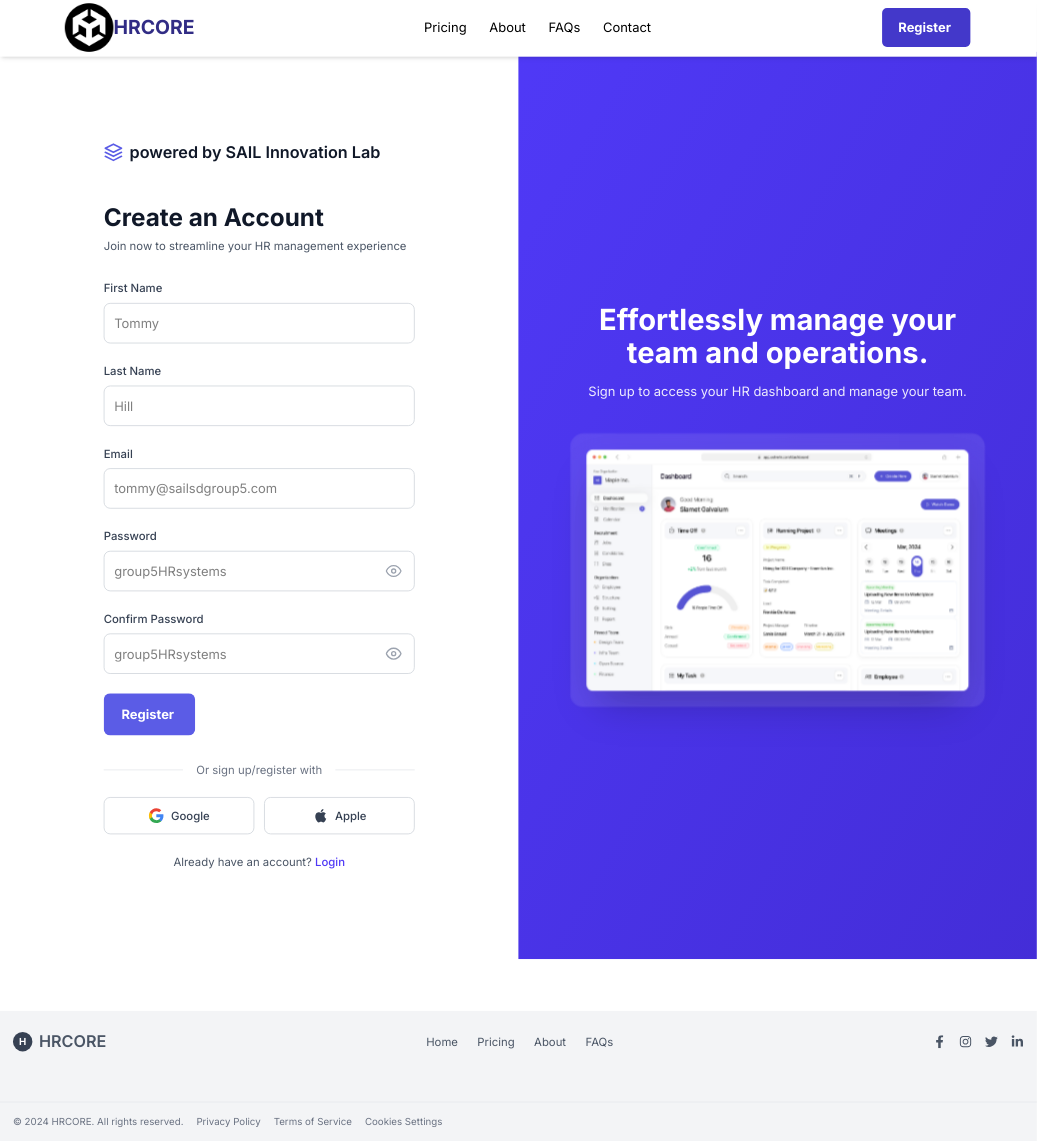
Repository: SAIL-GROUP-5-HR-WEB-APP/HR-WEB
Page: /signup
These files come from the project's save history. The page is drawn as it stood at one moment and after a run of saves; the edit follows.
The browser window is 1280 px wide. The pictures show the whole page, at 81% of full size.
The project was rebuilt for these pictures with package versions that can differ from the ones it lists, and the page was loaded fresh each time. Also part of the build but not shown: vite.config.ts, src/Components/Block/home/Hero.tsx, src/Components/Block/home/Companies.tsx, src/Components/Block/home/Body.tsx, src/Components/Block/home/HowItWorks.tsx, src/Components/Block/home/HowOne.tsx, src/Components/Block/home/HowTwo.tsx, src/Components/Block/home/Testimonial.tsx and 8 more.

Above is the page before, as saved 2025-08-11 09:25:59.

### index.html
<!DOCTYPE html>
<html lang="en">
  <head>
    <meta charset="UTF-8" />
    <link rel="icon" type="image/svg+xml" href="/vite.svg" />
    <meta name="viewport" content="width=device-width, initial-scale=1.0" />
    <title>Vite + React + TS</title>
    <link rel="preconnect" href="https://fonts.googleapis.com" />
    <link rel="preconnect" href="https://fonts.gstatic.com" crossorigin />
    <link
      href="https://fonts.googleapis.com/css2?family=Inter:ital,opsz,wght@0,14..32,100..900;1,14..32,100..900&display=swap"
      rel="stylesheet"
    />
  </head>
  <body>
    <div id="root"></div>
    <script type="module" src="/src/main.tsx"></script>
  </body>
</html>

### src/App.tsx
import React from "react";
import Home from "./Pages/Home";
import About from "./Pages/About";
import Pricing from "./Pages/Pricing";
import Faqs from "./Pages/Faqs";
import { BrowserRouter, Routes, Route } from "react-router-dom";
import Header from "./Static/Header";
import Footer from "./Static/Footer";
import LoginPage from "./Pages/LoginPage";
import SignupPage from "./Pages/SignupPage";
import Onboarding from "./Pages/Onboarding";
import Contact from "./Pages/Contact";

const App = () => {
  return (
    <div>
      <BrowserRouter>
        <Header />
        <Routes>
          <Route path="/" element={<Home />} />
          <Route path="/about" element={<About />} />
          <Route path="/pricing" element={<Pricing />} />
          <Route path="/faqs" element={<Faqs />} />
          <Route path="/login" element={<LoginPage />} />
          <Route path="/signup" element={<SignupPage />} />
          <Route path="/onboarding" element={<Onboarding />} />
          <Route path="/contact" element={<Contact />} />
        </Routes>
        <Footer />
      </BrowserRouter>
    </div>
  );
};

export default App;

### src/index.css
@tailwind base;
@tailwind components;
@tailwind utilities;

@import "tailwindcss";

@theme {
  --breakpoint-tablet: 800px;
  --breakpoint-mobile: 500px;
}

:root {
  line-height: 1.5;
  font-weight: 400;
}

body {
  margin: 0;
  font-family: "Inter", sans-serif;
}

### src/Static/Header.tsx
import React, { useState } from "react";
import { Link } from "react-router-dom";

import { RxHamburgerMenu, RxCross1 } from "react-icons/rx";
import Sidebar from "./Sidebar";
import logo from "../assets/hrlogo.png";
import Button from "../Components/Reuseable/Button";

const Header: React.FC = () => {
  const [toggle, setToggle] = useState(false);

  const handleToggle = () => {
    setToggle((prev) => !prev);
  };

  return (
    <header className="shadow-md h-[70px] fixed top-0 right-0 left-0 bg-white z-40">
      <div className="max-w-[1280px] mx-auto px-20 flex items-center justify-between py-1 ">
        <Link to="/">
          {" "}
          <div className="flex items-center">
            <img src={logo} alt="" className="w-[60px]" />
            <span className="font-bold text-2xl text-indigo-900">HRCORE</span>
          </div>
        </Link>

        <div className="flex gap-7 max-[990px]:hidden ">
          <Link to="/pricing">
            {" "}
            <nav>Pricing</nav>
          </Link>
          <Link to="/about">
            <nav>About</nav>
          </Link>
          <Link to="/faqs">
            {" "}
            <nav>FAQs</nav>
          </Link>
          <Link to="/contact">
            {" "}
            <nav>Contact</nav>
          </Link>
        </div>
        <div className="max-[990px]:hidden ">
          <Link to="/signup">
            <Button
              title="Register"
              bg="#4338CA"
              textColor="white"
              borderColor="white"
              hoverr=" hover:scale-105"
            />
          </Link>
        </div>
        <section className=" hidden max-[990px]:block">
          {toggle ? (
            <RxCross1 size={35} onClick={handleToggle} />
          ) : (
            <RxHamburgerMenu size={35} onClick={handleToggle} />
          )}
        </section>
      </div>
      <div>{toggle && <Sidebar handleToggle={handleToggle} />}</div>
    </header>
  );
};

export default Header;

### src/Pages/SignupPage.tsx
import React, { useState } from 'react';
import Logo from '../Components/Reuseable/Logo';
import PasswordInput from '../Components/Reuseable/PasswordInput';
import SocialButton from '../Components/Reuseable/SocialButton';
import Button from '../Components/Reuseable/Button';

// Define the shape of the form data for type safety
interface FormData {
  firstName: string;
  lastName: string;
  email: string;
  password: string;
  confirmPassword: string;
}

// Main SignupPage component for user registration
const SignupPage: React.FC = () => {
  // State for form inputs
  const [formData, setFormData] = useState<FormData>({
    firstName: '',
    lastName: '',
    email: '',
    password: '',
    confirmPassword: '',
  });

  // State for form errors
  const [errors, setErrors] = useState<Partial<FormData>>({});
  // State for password visibility
  const [showPassword, setShowPassword] = useState(false);
  const [showConfirmPassword, setShowConfirmPassword] = useState(false);
  // State for submission status
  const [submitError, setSubmitError] = useState<string | null>(null);

  // Validate form inputs
  const validateForm = (): boolean => {
    const newErrors: Partial<FormData> = {};
    if (!formData.firstName.trim()) {
      newErrors.firstName = 'First name is required';
    }
    if (!formData.lastName.trim()) {
      newErrors.lastName = 'Last name is required';
    }
    if (!formData.email.trim()) {
      newErrors.email = 'Email is required';
    } else if (!/^[^\s@]+@[^\s@]+\.[^\s@]+$/.test(formData.email)) {
      newErrors.email = 'Invalid email format';
    }
    if (!formData.password) {
      newErrors.password = 'Password is required';
    } else if (formData.password.length < 8) {
      newErrors.password = 'Password must be at least 8 characters';
    }
    if (formData.password !== formData.confirmPassword) {
      newErrors.confirmPassword = 'Passwords do not match';
    }
    setErrors(newErrors);
    return Object.keys(newErrors).length === 0;
  };

  // Handle input changes for form fields
  const handleInputChange = (e: React.ChangeEvent<HTMLInputElement>) => {
    const { name, value } = e.target;
    setFormData((prev) => ({
      ...prev,
      [name]: value,
    }));
    // Clear error for the field being edited
    setErrors((prev) => ({ ...prev, [name]: undefined }));
  };

  // Handle form submission
  const handleSubmit = async (e: React.FormEvent) => {
    e.preventDefault();
    setSubmitError(null);

    if (!validateForm()) {
      return;
    }

    try {
      console.log('Form submitted:', formData);
      // TODO: Replace with API call to backend
      // Example:
      // const response = await fetch('/api/signup', {
      //   method: 'POST',
      //   headers: { 'Content-Type': 'application/json' },
      //   body: JSON.stringify(formData),
      // });
      // if (!response.ok) throw new Error('Signup failed');
      // Redirect to dashboard, e.g.:
      // window.location.href = '/dashboard';
    } catch (error) {
      setSubmitError('An error occurred during signup. Please try again.');
    }
  };

  // Handle Google signup
  const handleGoogleSignup = () => {
    console.log('Signup with Google');
    // TODO: Add Google OAuth integration
  };

  // Handle Apple signup
  const handleAppleSignup = () => {
    console.log('Signup with Apple');
    // TODO: Add Apple OAuth integration
  };

  return (
    // Main container with padding for Header and Footer
    <div className="flex min-h-screen bg-white lg:flex-row flex-col pt-16 pb-16">
      {/* Form Section */}
      <div className="lg:w-1/2 w-full max-w-md mx-auto p-8 flex flex-col justify-center">
        {/* Logo */}
        <div className="mb-12">
          <Logo />
        </div>

        {/* Form Content */}
        <div className="max-w-sm mx-auto w-full">
          {/* Form Header */}
          <div className="mb-8 text-left">
            <h1 className="text-3xl font-bold text-gray-900 mb-2">Create an Account</h1>
            <p className="text-sm text-gray-600">
              Join now to streamline your HR management experience
            </p>
          </div>

          {/* Submission Error */}
          {submitError && (
            <p className="text-sm text-red-500 mb-4" role="alert">
              {submitError}
            </p>
          )}

          {/* Signup Form */}
          <form className="flex flex-col gap-6 mb-8" onSubmit={handleSubmit} noValidate>
            {/* First Name Input */}
            <div className="flex flex-col gap-2">
              <label htmlFor="firstName" className="text-sm font-medium text-gray-700">
                First Name
              </label>
              <input
                type="text"
                id="firstName"
                name="firstName"
                placeholder="Tommy"
                value={formData.firstName}
                onChange={handleInputChange}
                required
                aria-invalid={!!errors.firstName}
                aria-describedby={errors.firstName ? 'firstName-error' : undefined}
                className={`p-3 border ${errors.firstName ? 'border-red-500' : 'border-gray-300'} rounded-lg focus:outline-none focus:ring-2 focus:ring-indigo-500 focus:border-indigo-500 transition`}
              />
              {errors.firstName && (
                <p id="firstName-error" className="text-sm text-red-500 mt-1">
                  {errors.firstName}
                </p>
              )}
            </div>

            {/* Last Name Input */}
            <div className="flex flex-col gap-2">
              <label htmlFor="lastName" className="text-sm font-medium text-gray-700">
                Last Name
              </label>
              <input
                type="text"
                id="lastName"
                name="lastName"
                placeholder="Hill"
                value={formData.lastName}
                onChange={handleInputChange}
                required
                aria-invalid={!!errors.lastName}
                aria-describedby={errors.lastName ? 'lastName-error' : undefined}
                className={`p-3 border ${errors.lastName ? 'border-red-500' : 'border-gray-300'} rounded-lg focus:outline-none focus:ring-2 focus:ring-indigo-500 focus:border-indigo-500 transition`}
              />
              {errors.lastName && (
                <p id="lastName-error" className="text-sm text-red-500 mt-1">
                  {errors.lastName}
                </p>
              )}
            </div>

            {/* Email Input */}
            <div className="flex flex-col gap-2">
              <label htmlFor="email" className="text-sm font-medium text-gray-700">
                Email
              </label>
              <input
                type="email"
                id="email"
                name="email"
                placeholder="tommy@sailsdgroup5.com"
                value={formData.email}
                onChange={handleInputChange}
                required
                aria-invalid={!!errors.email}
                aria-describedby={errors.email ? 'email-error' : undefined}
                className={`p-3 border ${errors.email ? 'border-red-500' : 'border-gray-300'} rounded-lg focus:outline-none focus:ring-2 focus:ring-indigo-500 focus:border-indigo-500 transition`}
              />
              {errors.email && (
                <p id="email-error" className="text-sm text-red-500 mt-1">
                  {errors.email}
                </p>
              )}
            </div>

            {/* Password Input */}
            <PasswordInput
              label="Password"
              id="password"
              name="password"
              placeholder="group5HRsystems"
              value={formData.password}
              onChange={handleInputChange}
              showPassword={showPassword}
              toggleShowPassword={() => setShowPassword(!showPassword)}
              error={errors.password}
            />

            {/* Confirm Password Input */}
            <PasswordInput
              label="Confirm Password"
              id="confirmPassword"
              name="confirmPassword"
              placeholder="group5HRsystems"
              value={formData.confirmPassword}
              onChange={handleInputChange}
              showPassword={showConfirmPassword}
              toggleShowPassword={() => setShowConfirmPassword(!showConfirmPassword)}
              error={errors.confirmPassword}
            />

            {/* Submit Button */}
            <Button
              title="Register"
              bg="#5B5CE6"
              textColor="white"
              borderColor="transparent"
              hoverr="hover:bg-indigo-700"
            />
          </form>

          {/* Divider */}
          <div className="flex items-center my-6">
            <div className="flex-1 h-px bg-gray-200"></div>
            <span className="px-4 text-sm text-gray-500 bg-white">Or sign up/register with</span>
            <div className="flex-1 h-px bg-gray-200"></div>
          </div>

          {/* Social Login Buttons */}
          <div className="flex gap-3 mb-6 lg:flex-row flex-col">
            <SocialButton
              icon={
                <svg width="20" height="20" viewBox="0 0 24 24" aria-hidden="true">
                  <path
                    d="M22.56 12.25c0-.78-.07-1.53-.2-2.25H12v4.26h5.92c-.26 1.37-1.04 2.53-2.21 3.31v2.77h3.57c2.08-1.92 3.28-4.74 3.28-8.09z"
                    fill="#4285F4"
                  />
                  <path
                    d="M12 23c2.97 0 5.46-.98 7.28-2.66l-3.57-2.77c-.98.66-2.23 1.06-3.71 1.06-2.86 0-5.29-1.93-6.16-4.53H2.18v2.84C3.99 20.53 7.7 23 12 23z"
                    fill="#34A853"
                  />
                  <path
                    d="M5.84 14.09c-.22-.66-.35-1.36-.35-2.09s.13-1.43.35-2.09V7.07H2.18C1.43 8.55 1 10.22 1 12s.43 3.45 1.18 4.93l2.85-2.22.81-.62z"
                    fill="#FBBC05"
                  />
                  <path
                    d="M12 5.38c1.62 0 3.06.56 4.21 1.64l3.15-3.15C17.45 2.09 14.97 1 12 1 7.7 1 3.99 3.47 2.18 7.07l3.66 2.84c.87-2.6 3.3-4.53 6.16-4.53z"
                    fill="#EA4335"
                  />
                </svg>
              }
              text="Google"
              onClick={handleGoogleSignup}
            />
            <SocialButton
              icon={
                <svg width="20" height="20" viewBox="0 0 24 24" fill="currentColor" aria-hidden="true">
                  <path d="M18.71 19.5C17.88 20.74 17 21.95 15.66 21.97C14.32 22 13.89 21.18 12.37 21.18C10.84 21.18 10.37 21.95 9.1 22C7.79 22.05 6.8 20.68 5.96 19.47C4.25 17 2.94 12.45 4.7 9.39C5.57 7.87 7.13 6.91 8.82 6.88C10.1 6.86 11.32 7.75 12.11 7.75C12.89 7.75 14.37 6.68 15.92 6.84C16.57 6.87 18.39 7.1 19.56 8.82C19.47 8.88 17.39 10.1 17.41 12.63C17.44 15.65 20.06 16.66 20.09 16.67C20.06 16.74 19.67 18.11 18.71 19.5ZM13 3.5C13.73 2.67 14.94 2.04 15.94 2C16.07 3.17 15.6 4.35 14.9 5.19C14.21 6.04 13.07 6.7 11.95 6.61C11.8 5.46 12.36 4.26 13 3.5Z" />
                </svg>
              }
              text="Apple"
              onClick={handleAppleSignup}
            />
          </div>

          {/* Sign In Link */}
          <div className="text-center text-sm text-gray-600">
            Already have an account?{' '}
            <a href="/login" className="text-indigo-600 font-medium hover:underline">
              Login
            </a>
          </div>
        </div>
      </div>

      {/* Image Section */}
      <div className="lg:w-1/2 w-full bg-gradient-to-br from-indigo-600 to-indigo-700 flex items-center justify-center p-10 h-280 min-h-screen">
        <div className="text-center text-white max-w-lg w-full">
          <h2 className="text-3xl font-bold mb-4 lg:text-4xl">
            Effortlessly manage your team and operations.
          </h2>
          <p className="text-base opacity-90 mb-10">
            Sign up to access your HR dashboard and manage your team.
          </p>
          <div className="bg-white/10 rounded-2xl p-5 backdrop-blur-lg">
            <img
              src="src/assets/dashboard.png"
              alt="Dashboard Preview"
              className="w-full h-auto rounded-lg shadow-2xl"
            />
          </div>
        </div>
      </div>
    </div>
  );
};

export default SignupPage;

### src/Components/Reuseable/Button.tsx
interface ButtonProps {
  title: string;
  bg?: string;
  textColor?: string;
  borderColor?: string;
  hoverr?: string;
  icon?: React.ReactNode;
  hoverColor?: string;
}

const Button: React.FC<ButtonProps> = ({
  title,
  bg,
  textColor,
  borderColor,
  hoverr,
  icon,
  hoverColor,
}) => {
  return (
    <button
      style={{
        backgroundColor: `${bg}`,
        color: `${textColor}`,
        border: `2px solid ${borderColor}`,
      }}
      className={`px-5 py-3 rounded-lg flex items-center w-max transition-all duration-300 ${hoverr} font-bold cursor-pointer hover:${hoverColor}`}
    >
      <span> {title}</span>
      <span className="ml-1">{icon}</span>
    </button>
  );
};

export default Button;

### src/Components/Reuseable/Logo.tsx
import React, { memo } from 'react';

// Logo component for consistent branding across the HR-WEBAPP
const Logo: React.FC = () => {
  return (
    // Flex container for logo icon and text, with ARIA label for accessibility
    <div className="flex items-center gap-2" aria-label="Group5 HR logo">
      {/* SVG Logo Icon */}
      <svg width="24" height="24" viewBox="0 0 24 24" fill="none" aria-hidden="true">
        <path
          d="M12 2L2 7L12 12L22 7L12 2Z"
          stroke="#5B5CE6"
          strokeWidth="2"
          strokeLinecap="round"
          strokeLinejoin="round"
        />
        <path
          d="M2 17L12 22L22 17"
          stroke="#5B5CE6"
          strokeWidth="2"
          strokeLinecap="round"
          strokeLinejoin="round"
        />
        <path
          d="M2 12L12 17L22 12"
          stroke="#5B5CE6"
          strokeWidth="2"
          strokeLinecap="round"
          strokeLinejoin="round"
        />
      </svg>
      {/* Logo Text */}
      <span className="text-xl font-semibold text-gray-900">powered by SAIL Innovation Lab</span>
    </div>
  );
};

export default memo(Logo); // Memoize to prevent unnecessary re-renders

### src/Components/Reuseable/PasswordInput.tsx
import React, { memo } from 'react';

// Props interface for type safety
interface PasswordInputProps {
  label: string;
  id: string;
  name: string;
  placeholder: string;
  value: string;
  onChange: (e: React.ChangeEvent<HTMLInputElement>) => void;
  showPassword: boolean;
  toggleShowPassword: () => void;
  error?: string; // Optional error message for validation
}

// Reusable PasswordInput component with toggleable visibility
const PasswordInput: React.FC<PasswordInputProps> = ({
  label,
  id,
  name,
  placeholder,
  value,
  onChange,
  showPassword,
  toggleShowPassword,
  error,
}) => {
  return (
    // Flex container for label, input, and error message
    <div className="flex flex-col gap-2">
      <label htmlFor={id} className="text-sm font-medium text-gray-700">
        {label}
      </label>
      <div className="relative">
        {/* Password Input Field with ARIA attributes */}
        <input
          type={showPassword ? 'text' : 'password'}
          id={id}
          name={name}
          placeholder={placeholder}
          value={value}
          onChange={onChange}
          required
          aria-invalid={!!error}
          aria-describedby={error ? `${id}-error` : undefined}
          className={`p-3 border ${error ? 'border-red-500' : 'border-gray-300'} rounded-lg w-full focus:outline-none focus:ring-2 focus:ring-indigo-500 focus:border-indigo-500 transition`}
        />
        {/* Password Visibility Toggle Button */}
        <button
          type="button"
          onClick={toggleShowPassword}
          aria-label={showPassword ? 'Hide password' : 'Show password'}
          className="absolute right-3 top-1/2 transform -translate-y-1/2 p-1 hover:opacity-70"
        >
          <svg width="20" height="20" viewBox="0 0 24 24" fill="none" aria-hidden="true">
            <path
              d="M1 12S5 4 12 4S23 12 23 12S19 20 12 20S1 12 1 12Z"
              stroke="#9CA3AF"
              strokeWidth="2"
              strokeLinecap="round"
              strokeLinejoin="round"
            />
            <circle cx="12" cy="12" r="3" stroke="#9CA3AF" strokeWidth="2" />
          </svg>
        </button>
      </div>
      {/* Error Message */}
      {error && (
        <p id={`${id}-error`} className="text-sm text-red-500 mt-1">
          {error}
        </p>
      )}
    </div>
  );
};

export default memo(PasswordInput); // Memoize to prevent unnecessary re-renders

### src/Components/Reuseable/SocialButton.tsx
import React, { memo } from 'react';

// Props interface for type safety
interface SocialButtonProps {
  icon: React.ReactNode;
  text: string;
  onClick: () => void;
}

// Reusable SocialButton component for social login buttons
const SocialButton: React.FC<SocialButtonProps> = ({ icon, text, onClick }) => {
  return (
    // Button with flex layout, ARIA label for accessibility
    <button
      type="button"
      onClick={onClick}
      aria-label={`Sign up with ${text}`}
      className="flex-1 flex items-center justify-center gap-2 p-3 border border-gray-300 rounded-lg text-sm font-medium text-gray-700 hover:border-gray-400 hover:shadow-sm transition"
    >
      {icon}
      {text}
    </button>
  );
};

export default memo(SocialButton); // Memoize to prevent unnecessary re-renders

Loaded but not shown: src/main.tsx (common file); src/Static/Footer.tsx (72 lines, source omitted)

After the next 2 saves:
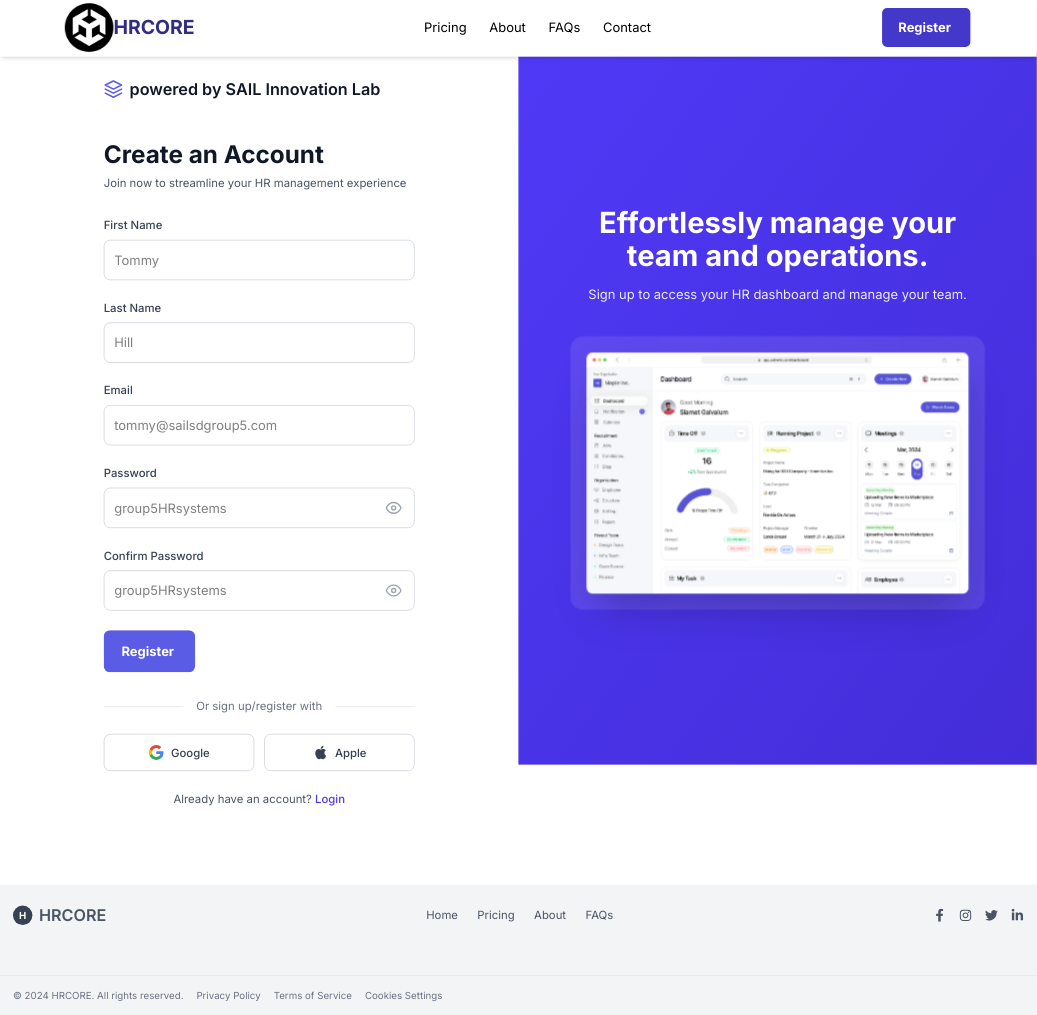
The 2 saves are shown as one change because they came seconds apart.
The last was saved 8 s later.
--- a/src/Pages/SignupPage.tsx
+++ b/src/Pages/SignupPage.tsx
@@ -299,7 +299,7 @@ const SignupPage: React.FC = () => {
       </div>
 
       {/* Image Section */}
-      <div className="lg:w-1/2 w-full bg-gradient-to-br from-indigo-600 to-indigo-700 flex items-center justify-center p-10 h-280 min-h-screen">
+      <div className="lg:w-1/2 w-full bg-gradient-to-br from-indigo-600 to-indigo-700 flex items-center justify-center p-10 h-220 min-h-screen">
         <div className="text-center text-white max-w-lg w-full">
           <h2 className="text-3xl font-bold mb-4 lg:text-4xl">
             Effortlessly manage your team and operations.
